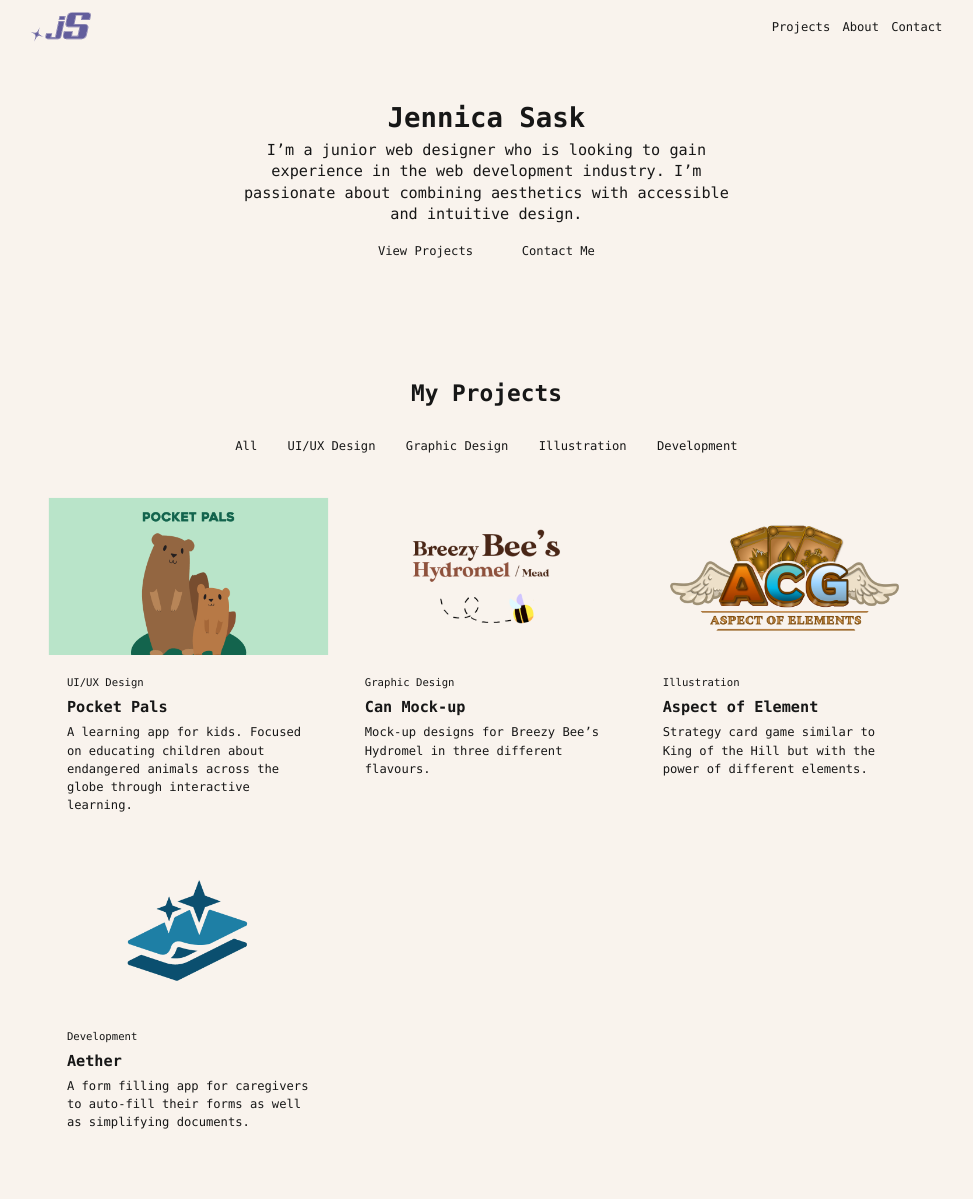
Repository: Jennica1/jsask-portfolio
Page: /
An editor plug-in stored every save of this project. The page is shown before and after the next save, followed by the edit.
The browser window is 1280 px wide. The pictures show the whole page, at 76% of full size.
The project was rebuilt for these pictures with package versions that can differ from the ones it lists, and the page was loaded fresh each time. The framework's server and built-in components were replaced by stand-ins that run in the browser. Also part of the build but not shown: next.config.mjs, src/app/components/Slideshow/PP-wireframe.js.

Above is the page before, as saved 2025-02-10 16:46:46.

After the next save:
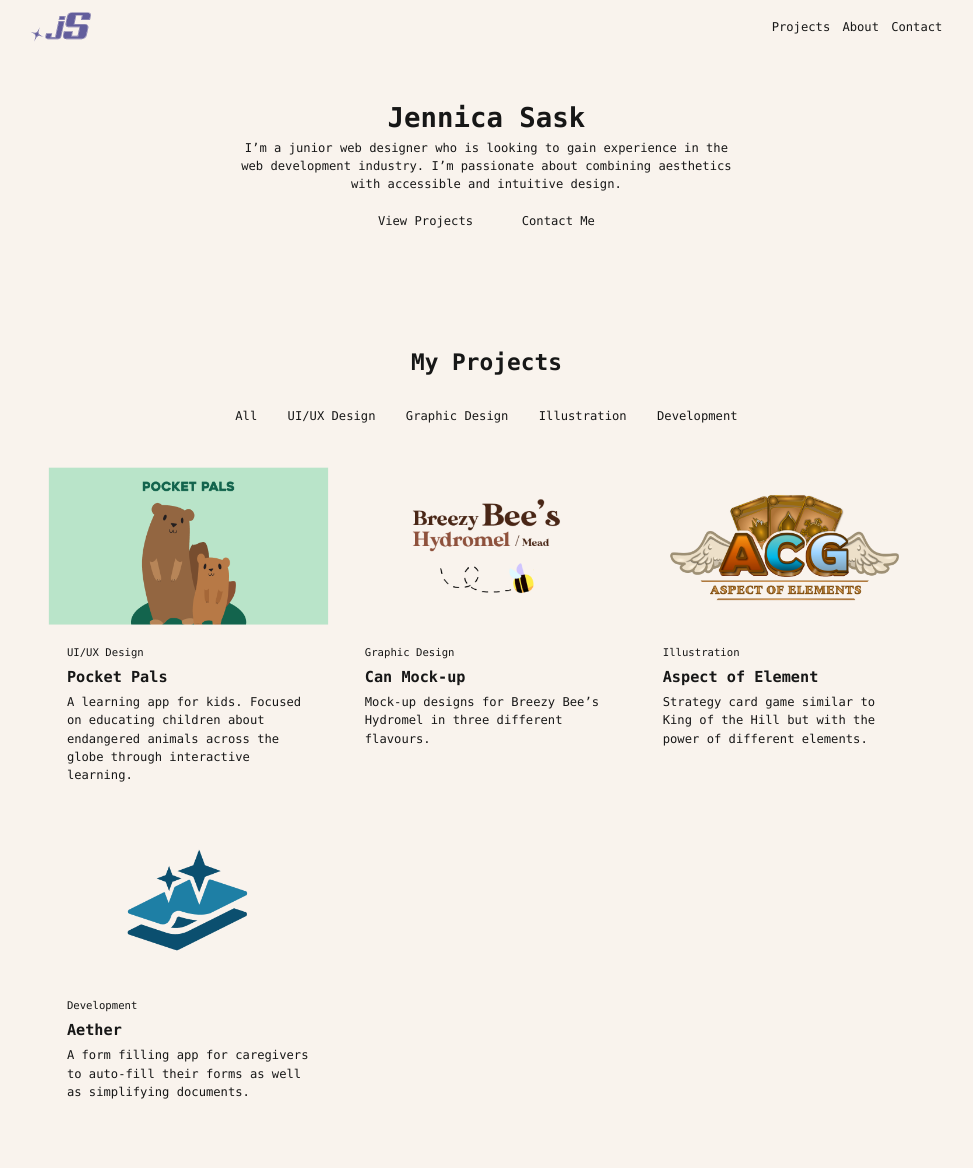
Saved 6 s later.
--- a/src/app/components/Hero/Hero.js
+++ b/src/app/components/Hero/Hero.js
@@ -5,7 +5,7 @@
     <>
       <div className="flex flex-col items-center text-center px-4 pt-20 py-3 space-y-2">
         <h1 className="text-3xl md:text-4xl font-bold">Jennica Sask</h1>
-        <p className="text-md md:text-xl text-muted-foreground max-w-2xl mb-8">
+        <p className="text-md md:text-md text-muted-foreground max-w-2xl mb-8">
           I’m a junior web designer who is looking to gain experience in the web
           development industry. I’m passionate about combining aesthetics with
           accessible and intuitive design.
